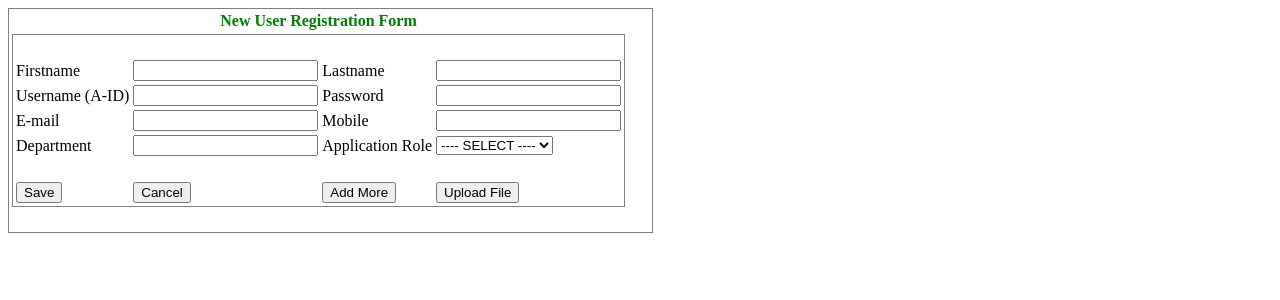
Repository: guribrar/enrolmentapp
Page: http://localhost/enrolmentapp/newuser.jsp
These files come from the project's save history. The page is drawn as it stood at one moment and after the next save; the edit follows.
The browser window is 1280 px wide. The pictures show the whole page.
The page is served by Tomcat 9. Other server files are loaded and not shown. Queries for data that is not in the repository find no rows.

Above is the page before, as saved 2016-12-31 13:57:02.

### enrolmentapp/WebContent/newuser.jsp
<%@ page language="java" contentType="text/html; charset=ISO-8859-1"
    pageEncoding="ISO-8859-1"%>
<%@ taglib uri="http://java.sun.com/jsp/jstl/sql" prefix="sql" %>
<%@ taglib uri="http://java.sun.com/jsp/jstl/core" prefix="c" %>

<!DOCTYPE html PUBLIC "-//W3C//DTD HTML 4.01 Transitional//EN" "http://www.w3.org/TR/html4/loose.dtd">

<sql:query var="rs" dataSource="jdbc/enrolmentapp">
	select role from enrolmentapp.role
</sql:query>

<html>
<head>
<meta http-equiv="Content-Type" content="text/html; charset=ISO-8859-1">
<title>New User Registration</title>
</head>
<body>
<table frame="box">
	<tr>
		<th><font color="green">New User Registration Form</font></th>
	</tr>
	<tr>
		<td>
			<form action="UserRegistrationServlet">
			<table frame="box">
				<tr>
					<td>&nbsp;</td>
					<td>&nbsp;</td>
					<td>&nbsp;</td>
					<td>&nbsp;</td>
				</tr>
				<tr>
					<td>Firstname</td>
					<td><input type="text" name="firstname" value="" /></td>
					<td>Lastname</td>
					<td><input type="text" name="lastname" value="" /></td>
				</tr>
				<tr>
					<td>Username (A-ID)</td>
					<td><input type="text" name="username" value="" /></td>
					<td>Password</td>
					<td><input type="password" name="password" value="" /></td>
				</tr>
				<tr>
					<td>E-mail</td>
					<td><input type="text" name="email" value="" /></td>
					<td>Mobile</td>
					<td><input type="text" name="mobile" value="" /></td>
				</tr>
				<tr>
					<td>Department</td>
					<td><input type="text" name="email" value="" /></td>
					<td>Application Role</td>
					<td>
						<select name="role">
							<option value="">---- SELECT ----</option>
							<c:forEach var="row" items="${rs.rows}">
    							<option value="${row.role}">${row.role}</option>
							</c:forEach>
						</select>
					</td>
				</tr>
				<tr>
					<td>&nbsp;</td>
					<td>&nbsp;</td>
					<td>&nbsp;</td>
					<td>&nbsp;</td>
				</tr>
				<tr>
					<td><input type="submit" name="save" value="Save"/></td>
					<td><input type="submit" name="Cancel" value="Cancel"/></td>
					<td><input type="submit" name="addmore" value="Add More"/></td>
					<td><input type="submit" name="uploadfile" value="Upload File"/></td>
				</tr>
			</table>
			</form>
		</td>
	</tr>
	<tr>
		<td>&nbsp;</td>
		<td>&nbsp;</td>
		<td>&nbsp;</td>
		<td>&nbsp;</td>
	</tr>
</table>
</body>
</html>

After the next save:
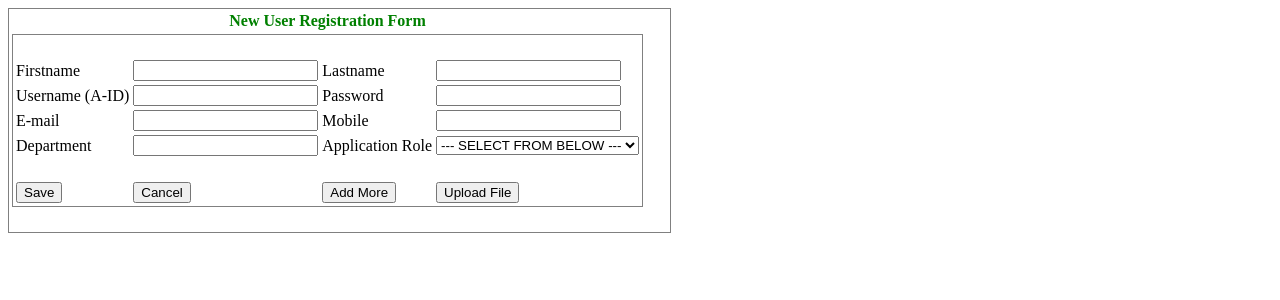
Saved 33 s later.
--- a/enrolmentapp/WebContent/newuser.jsp
+++ b/enrolmentapp/WebContent/newuser.jsp
@@ -53,7 +53,7 @@
 					<td>Application Role</td>
 					<td>
 						<select name="role">
-							<option value="">---- SELECT ----</option>
+							<option value="">--- SELECT FROM BELOW ---</option>
 							<c:forEach var="row" items="${rs.rows}">
     							<option value="${row.role}">${row.role}</option>
 							</c:forEach>
